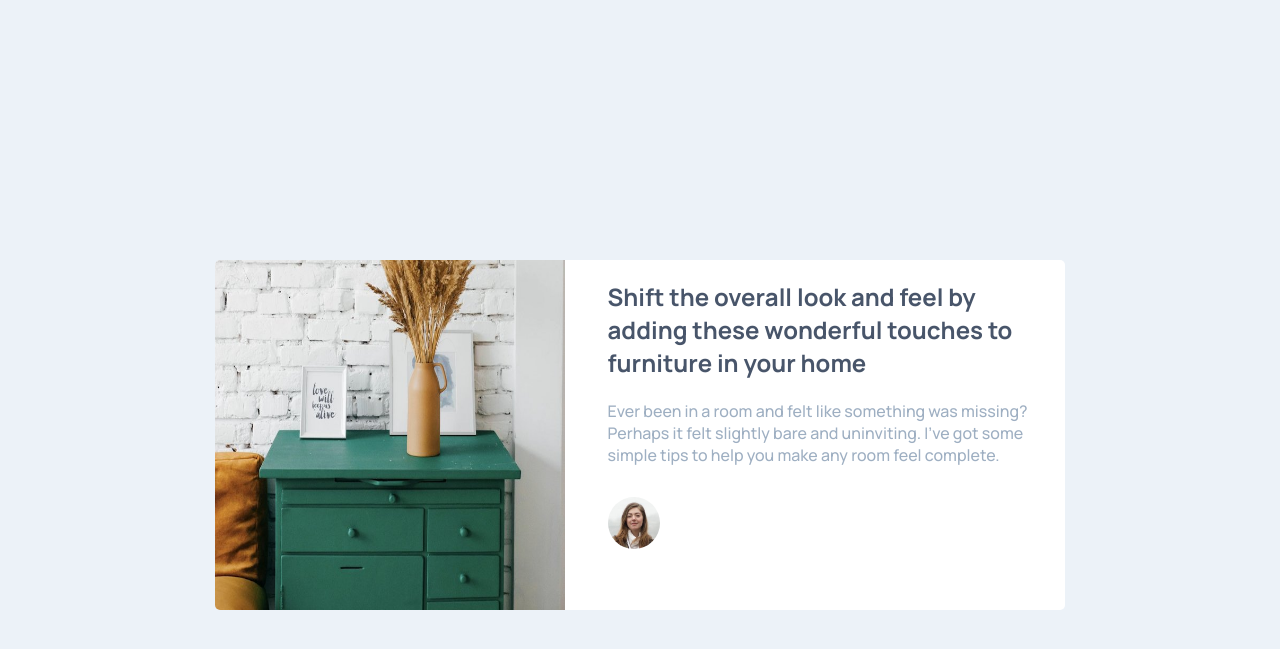
Repository: ricky603/training-css
Page: article-preview-component-master/index.html
These files come from the project's save history. The page is drawn as it stood at one moment and after the next save; the edit follows.
The browser window is 1280 px wide. The pictures show the whole page.

Above is the page before, as saved 2020-09-09 09:04:29.

### article-preview-component-master/index.html
<!DOCTYPE html>
<html lang="en">

<head>
    <meta charset="UTF-8">
    <meta name="viewport" content="width=device-width, initial-scale=1.0">
    <!-- displays site properly based on user's device -->

    <link rel="icon" type="image/png" sizes="32x32" href="./images/favicon-32x32.png">
    <link rel="stylesheet" href="./styles.css">
    <link href="https://fonts.googleapis.com/css2?family=Manrope:wght@500;700&display=swap" rel="stylesheet">

    <title>Frontend Mentor | Article preview component</title>

    <!-- Feel free to remove these styles or customise in your own stylesheet 👍 -->
</head>

<body>
    <div class="article">
        <div id="image">
            <img src="./images/drawers.jpg" class="drawer">
        </div>

        <div class="post">
            <div class="head">
                <h2>Shift the overall look and feel by adding these wonderful touches to furniture in your home</h2>
            </div>
            <div class="body">
                <p>Ever been in a room and felt like something was missing? Perhaps it felt slightly bare and uninviting. I’ve got some simple tips to help you make any room feel complete.</p>
            </div>
            <div class="avatar">
                <img src="./images/avatar-michelle.jpg" class="profile">
            </div>
        </div>
    </div>


</body>

</html>

<!--

  Ever been in a room and felt like something was missing? Perhaps
  it felt slightly bare and uninviting. I’ve got some simple tips
  to help you make any room feel complete.

  Michelle Appleton
  28 Jun 2020

  Share -->

### article-preview-component-master/styles.css
body {
    background-color: hsl(210, 46%, 95%);
}

h2 {
    font-family: 'Manrope';
    font-weight: 700;
}

#image {
    display: inline-block;
}

.post {
    position: absolute;
    width: 52%;
    display: inline-block;
    margin: 0 5% 0 5%;
}

.body {
    position: relative;
    display: inline-block;
    font-family: 'Manrope';
    font-weight: 500;
    font-size: 16px;
    color: hsl(212, 23%, 69%);
    bottom: 15px;
}

.head {
    display: inline-block;
    color: hsl(217, 19%, 35%);
}

.article {
    position: fixed;
    width: 850px;
    height: 350px;
    background-color: white;
    margin: auto;
    top: 50%;
    left: 50%;
    margin-top: -100px;
    margin-left: -425px;
    border-radius: 5px;
}

.drawer {
    width: 350px;
    height: 350px;
    border-radius: 5px 0 0 5px;
}

.attribution {
    font-size: 11px;
    text-align: center;
}

.attribution a {
    color: hsl(228, 45%, 44%);
}

.avatar {
    display: inline-block;
}

.profile {
    height: 30%;
    width: 30%;
    border-radius: 100%;
}

After the next save:
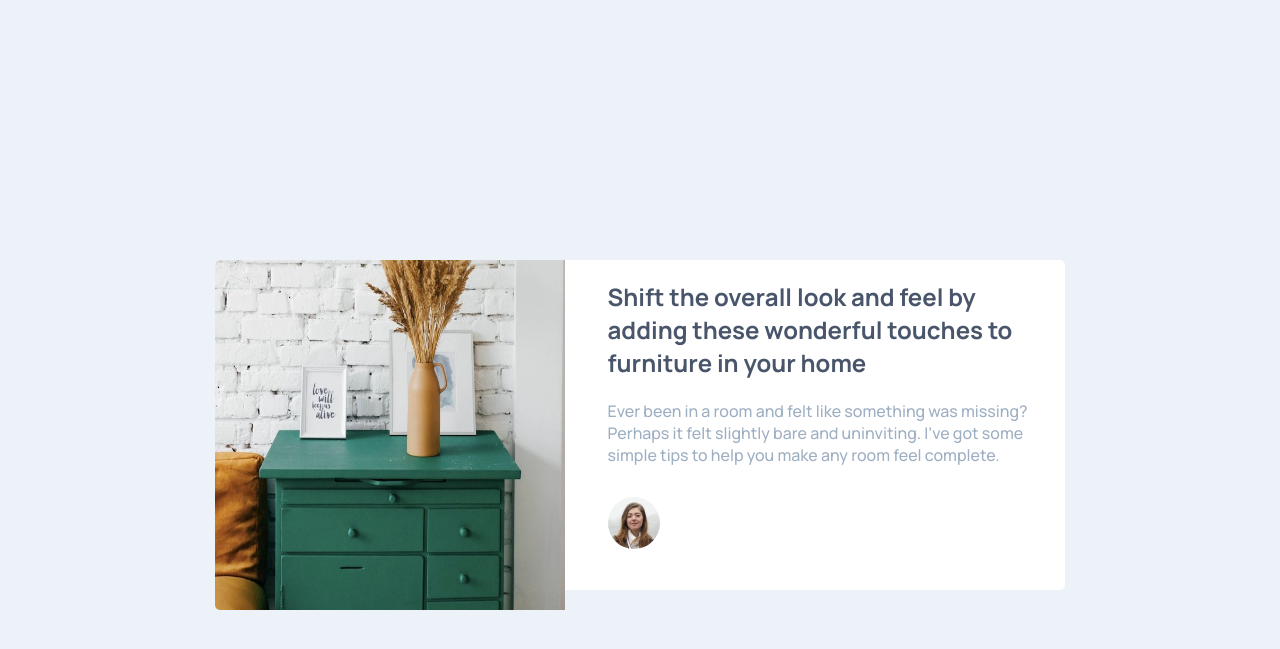
Saved 12 s later.
--- a/article-preview-component-master/styles.css
+++ b/article-preview-component-master/styles.css
@@ -36,7 +36,7 @@ h2 {
 .article {
     position: fixed;
     width: 850px;
-    height: 350px;
+    height: 330px;
     background-color: white;
     margin: auto;
     top: 50%;
